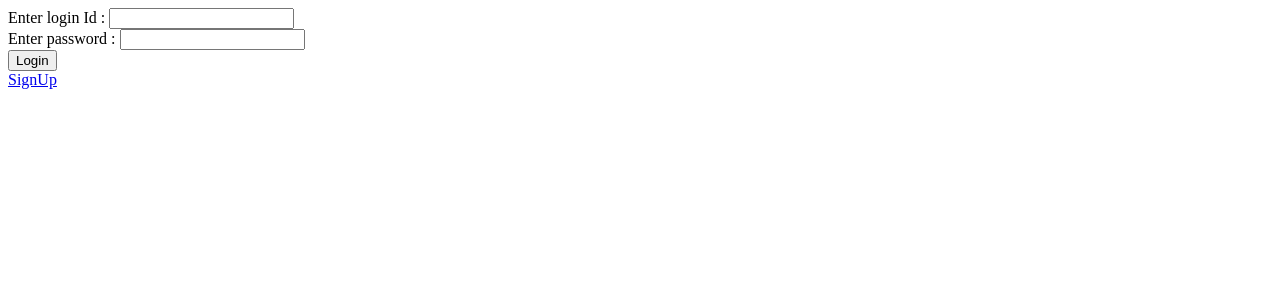
Repository: embuldeniya/Java--OOP-Adv
Page: http://localhost/SpringMVC/getLoginForm
An editor plug-in stored every save of this project. The page is shown before and after the next save, followed by the edit.
The browser window is 1280 px wide. The pictures show the whole page.
The page is served by Tomcat 9. Other server files are loaded and not shown.

Above is the page before, as saved 2020-10-09 15:43:07.

### SpringMVC/src/main/webapp/WEB-INF/spring-dispatcher-servlet.xml
<beans xmlns="http://www.springframework.org/schema/beans"
	xmlns:context="http://www.springframework.org/schema/context"
	xmlns:xsi="http://www.w3.org/2001/XMLSchema-instance"
	xmlns:mvc="http://www.springframework.org/schema/mvc"
	xsi:schemaLocation="
        http://www.springframework.org/schema/beans
        http://www.springframework.org/schema/beans/spring-beans.xsd
        http://www.springframework.org/schema/context
        http://www.springframework.org/schema/context/spring-context.xsd
        http://www.springframework.org/schema/mvc
        http://www.springframework.org/schema/mvc/spring-mvc.xsd">


  <context:component-scan base-package="com.web" />
 <mvc:annotation-driven/>

  <bean id="viewResolver"
    	class="org.springframework.web.servlet.view.InternalResourceViewResolver" >
        <property name="prefix">
            <value>/WEB-INF/views/</value>
        </property>
        <property name="suffix">
            <value>.jsp</value>
        </property>
 </bean>

</beans>

### SpringMVC/src/main/webapp/WEB-INF/views/Login.jsp
<!DOCTYPE html>
<html>
<head>
<meta charset="ISO-8859-1">
<title>Insert title here</title>
</head>
<body>
<form action="LoginController" method="post">
Enter login Id : <input type="text" name="loginId"><br/>
Enter password : <input type="password" name="password"><br/>
<input type="submit" value="Login">
</form>
<a href='Register.jsp'>SignUp</a>
</body>
</html>

### SpringMVC/src/main/java/com/web/EmpController.java
package com.web;

import org.springframework.stereotype.Controller;
import org.springframework.web.bind.annotation.RequestMapping;
import org.springframework.web.bind.annotation.RequestMethod;
import org.springframework.web.bind.annotation.RequestParam;
import org.springframework.web.servlet.ModelAndView;

@Controller
public class EmpController {


	@RequestMapping("getLoginForm")
	public ModelAndView getLoginForm() {
		ModelAndView mv = new ModelAndView ("Login");
		return mv;
	}




	@RequestMapping(value="LoginController", method=RequestMethod.POST )
	public ModelAndView LoginController(@RequestParam("loginId") String loginId,@RequestParam("password") String password ) {
		ModelAndView mv = null;

		if(loginId.equalsIgnoreCase("hr")&& password.equalsIgnoreCase("hr")) {
			 mv = new ModelAndView ("HrHomePage");
			return mv;
		}else {
			mv = new ModelAndView ("Login");
			mv.addObject("message", "Login failed...");
		}
		return mv;


	}
}

### SpringMVC/src/main/java/com/web/HelloController.java
package com.web;

import org.springframework.stereotype.Controller;
import org.springframework.web.bind.annotation.RequestMapping;
import org.springframework.web.servlet.ModelAndView;

@Controller
public class HelloController {


	@RequestMapping("hello")
	public ModelAndView hello() {
		ModelAndView mv = new ModelAndView ("hello");
		return mv;
	}


	@RequestMapping("hi")
	public ModelAndView hi() {
		ModelAndView mv = new ModelAndView ("hi");
		return mv;
	}


	@RequestMapping("greet")
	public ModelAndView greet() {
		ModelAndView mv = new ModelAndView ("greet");
		mv.addObject("message","Good Morning!! Welcome to Spring MVC world ");
		return mv;
	}


}

After the next save:
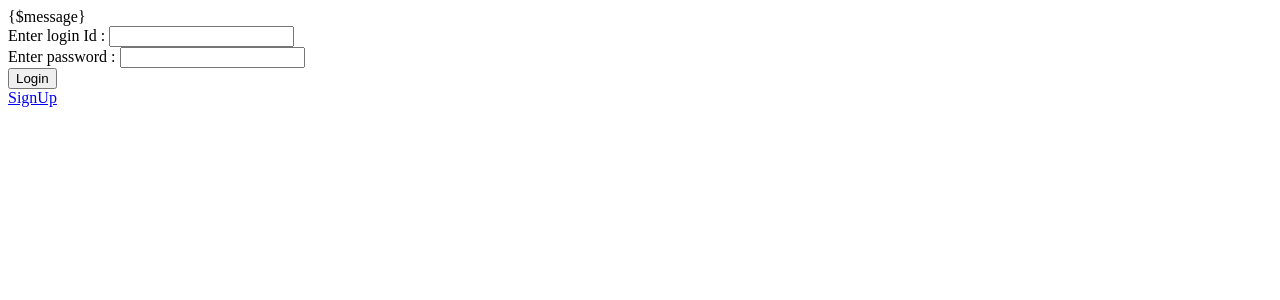
Saved 22 s later.
--- a/SpringMVC/src/main/webapp/WEB-INF/views/Login.jsp
+++ b/SpringMVC/src/main/webapp/WEB-INF/views/Login.jsp
@@ -5,6 +5,7 @@
 <title>Insert title here</title>
 </head>
 <body>
+{$message}
 <form action="LoginController" method="post">
 Enter login Id : <input type="text" name="loginId"><br/>
 Enter password : <input type="password" name="password"><br/>

After the save that followed:
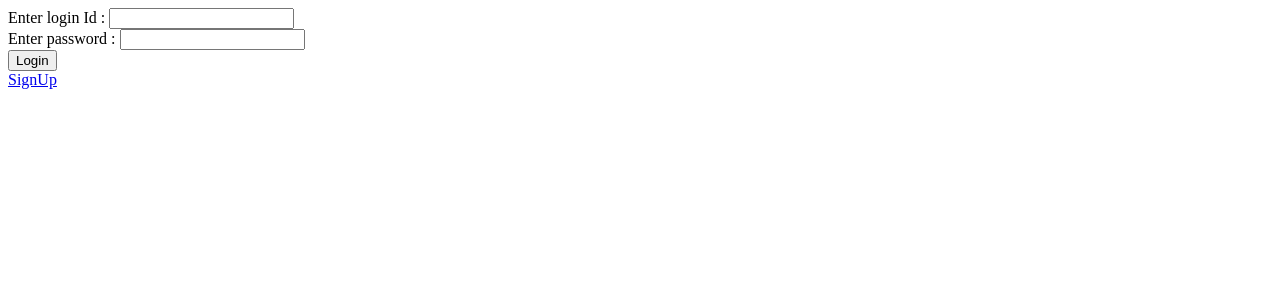
Saved 24 s later.
--- a/SpringMVC/src/main/webapp/WEB-INF/views/Login.jsp
+++ b/SpringMVC/src/main/webapp/WEB-INF/views/Login.jsp
@@ -5,7 +5,7 @@
 <title>Insert title here</title>
 </head>
 <body>
-{$message}
+${message}
 <form action="LoginController" method="post">
 Enter login Id : <input type="text" name="loginId"><br/>
 Enter password : <input type="password" name="password"><br/>
